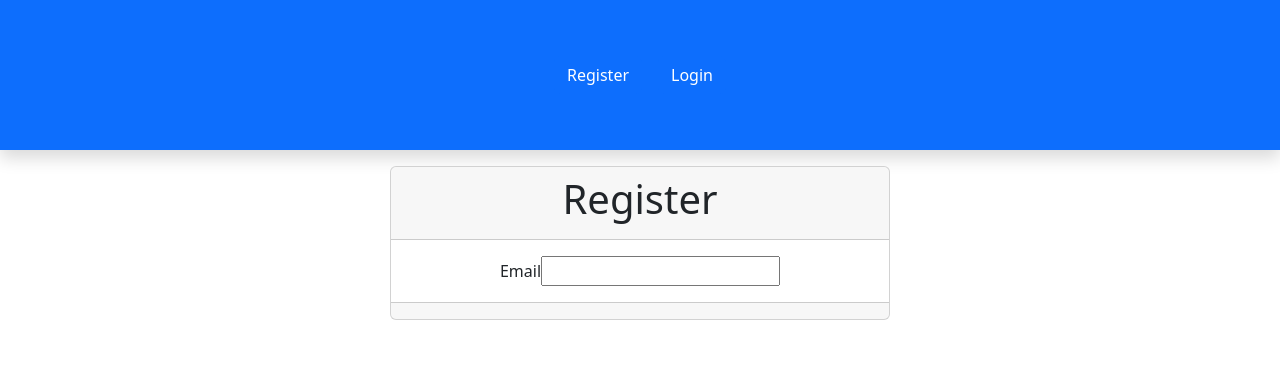
Repository: loveleii/firebase-login-logout
Page: /
These files come from the project's save history. The page is drawn as it stood at one moment and after the next save; the edit follows.
The browser window is 1280 px wide. The pictures show the whole page.
The project was rebuilt for these pictures with package versions that can differ from the ones it lists, and the page was loaded fresh each time. Also part of the build but not shown: vite.config.ts, src/views/loginView.vue, src/assets/main.css.

Above is the page before, as saved 2023-03-04 19:34:40.

### src/main.js
import { createApp } from 'vue'
import { createPinia } from 'pinia'

import App from './App.vue'
import router from './router'
import "bootstrap/dist/css/bootstrap.min.css"
import bootstrap from "bootstrap/dist/js/bootstrap.bundle.js"

import './assets/main.css'

const app = createApp(App)

app.use(createPinia())
app.use(router)

app.mount('#app')

### src/App.vue
<script setup lang="ts">
import { RouterLink, RouterView } from 'vue-router'

</script>

<template>
  <div>
        <header class="bg-primary p-5 shadow">
            <div class="container_header">
                <div class="d-flex">
                    <RouterLink to="/" style="text-decoration: none;"><text class="text-white m-2 btn btn-primary">Register</text></RouterLink>
                    <RouterLink to="/login" style="text-decoration: none;"><text class="text-white m-2 btn btn-primary">Login</text></RouterLink>
                </div>
            </div>
        </header>
    </div>
    <div class="center_container m-3 rounded text-center">
      <RouterView />
    </div>

</template>

<style>
.container_header{
  display: grid;
  place-content: center;
}
.center_container{
  display: grid;
  place-content: center;
}

</style>

### src/router/index.js
import { createRouter, createWebHistory } from 'vue-router'
import registerView from '../views/registerView.vue'
import loginView from '../views/loginView.vue'

const router = createRouter({
  history: createWebHistory(import.meta.env.BASE_URL),
  routes: [
    {
      path: '/',
      name: 'reg',
      component: registerView
    },
    {
      path: '/login',
      name: 'log',
      component: loginView
    },

  ]
})

export default router

### src/views/registerView.vue
<template>
    <div class="card">
        <div class="card-header">
            <h1>Register</h1>
        </div>
        <div class="card-body float-left">
            <div class="form-group">
                <label for="">Email</label>
                <input type="text" name="" id="">
            </div>

        </div>
        <div class="card-footer">

        </div>
    </div>
</template>

<script>


</script>
<style>
.card{
    width: 500px;
}
</style>

Loaded but not shown: index.html (common file)

After the next save:
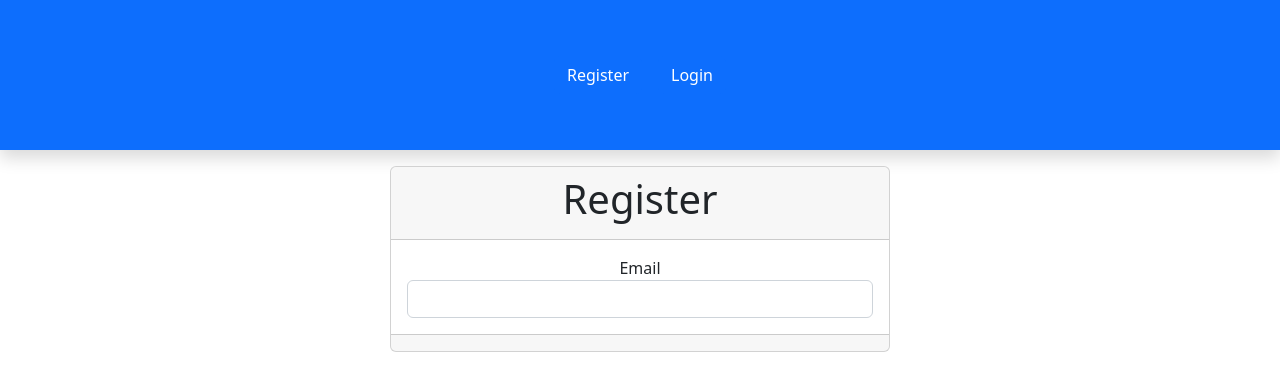
Saved 11 s later.
--- a/src/views/registerView.vue
+++ b/src/views/registerView.vue
@@ -6,7 +6,7 @@
         <div class="card-body float-left">
             <div class="form-group">
                 <label for="">Email</label>
-                <input type="text" name="" id="">
+                <input type="text" name="" id="" class="form-control">
             </div>
 
         </div>
